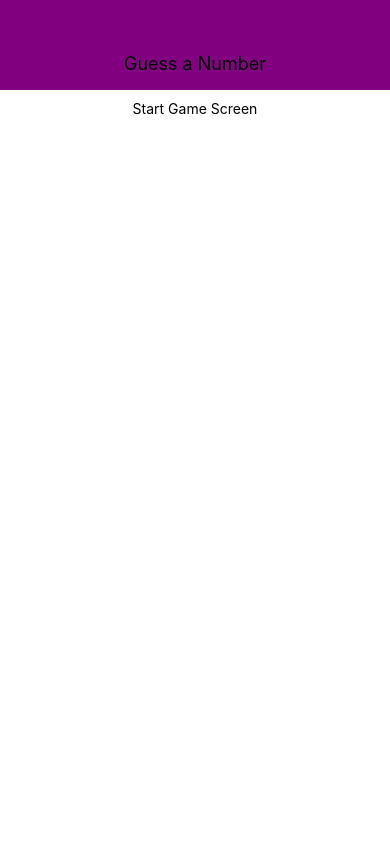
Repository: oguzhan18m/react-native-guess-number-game
Screen: /
The author's editor kept a copy of each file at every save. The screen is drawn from the files as they stood at one save, then again after the next save.
The app was drawn by React Native's web renderer in a window 390 px wide. The project was rebuilt for these pictures with package versions that can differ from the ones it lists, and the page was loaded fresh each time.

Above is the screen before, as saved 2021-03-03 21:54:52.

After the next save:
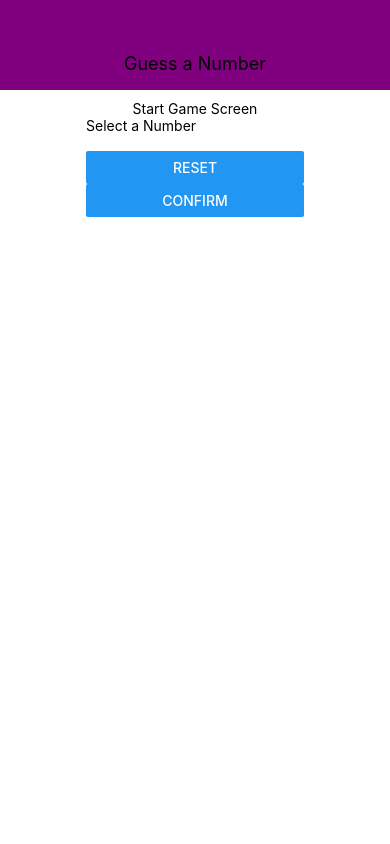
Saved 2 min 9 s later.
--- a/screens/StartGameScreen.js
+++ b/screens/StartGameScreen.js
@@ -1,10 +1,18 @@
 import React from 'react';
-import { StyleSheet, Text, View } from 'react-native';
+import { Button, StyleSheet, Text, TextInput, View } from 'react-native';
 
 const StartGameScreen = (props) => {
     return (
         <View style={styles.screen}>
             <Text>Start Game Screen</Text>
+            <View>
+                <Text>Select a Number</Text>
+                <TextInput/>
+                <View>
+                    <Button title='Reset' onPress={()=>{}} />
+                    <Button title='Confirm' onPress={()=>{}} />
+                </View>
+            </View>
         </View>
     )
 }
